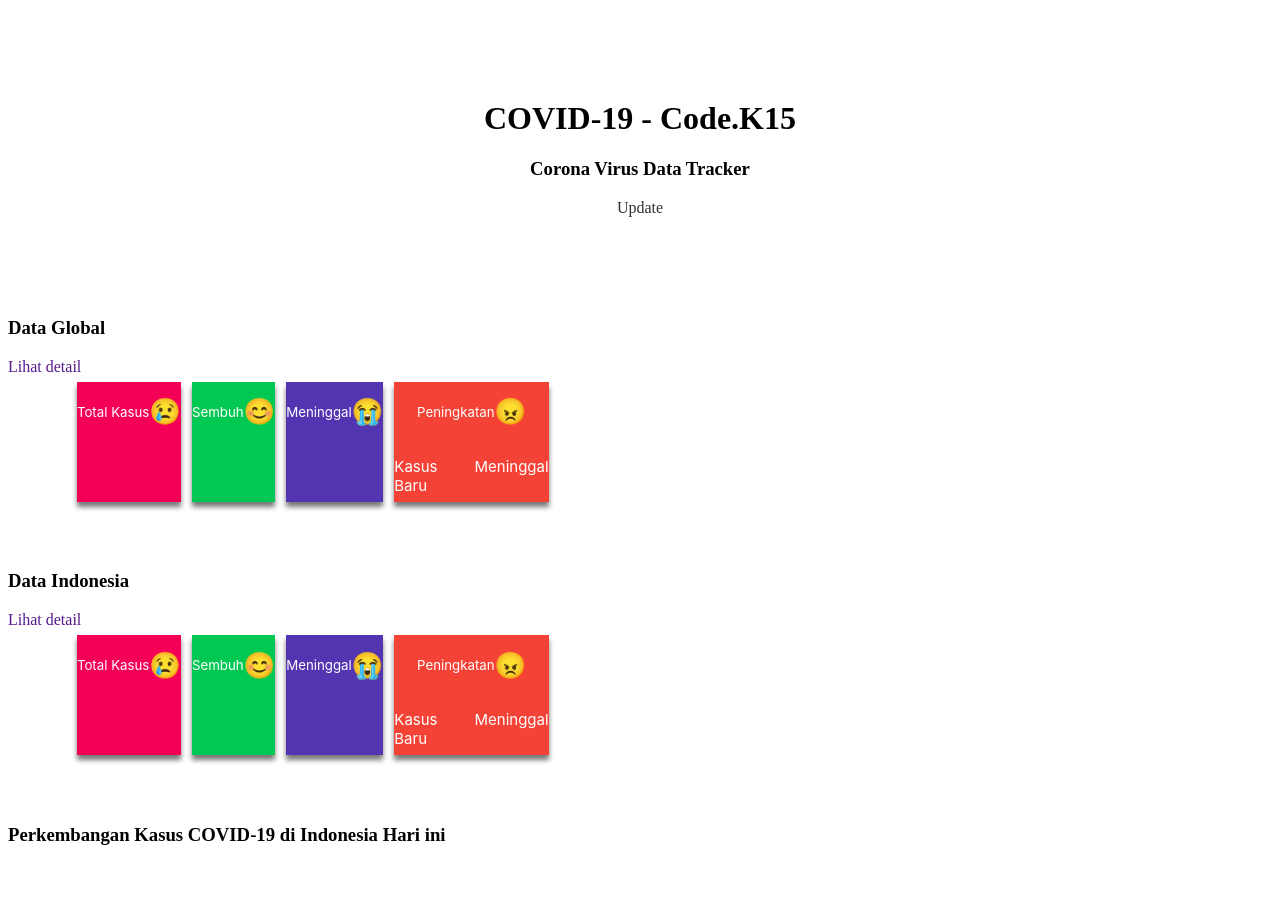
Repository: fathur15/covid19-monitoring
Page: http://localhost/covid19/apps/views/data/main/dashboard.php
The author's editor kept a copy of each file at every save. The page is drawn from the files as they stood at one save, then again after the next save.
The browser window is 1280 px wide. The pictures show the whole page.
The page is run by PHP 8.4 with error messages shown; the project is at /var/www/html/.

Above is the page before, as saved 2020-04-14 13:02:09.

After the next save:
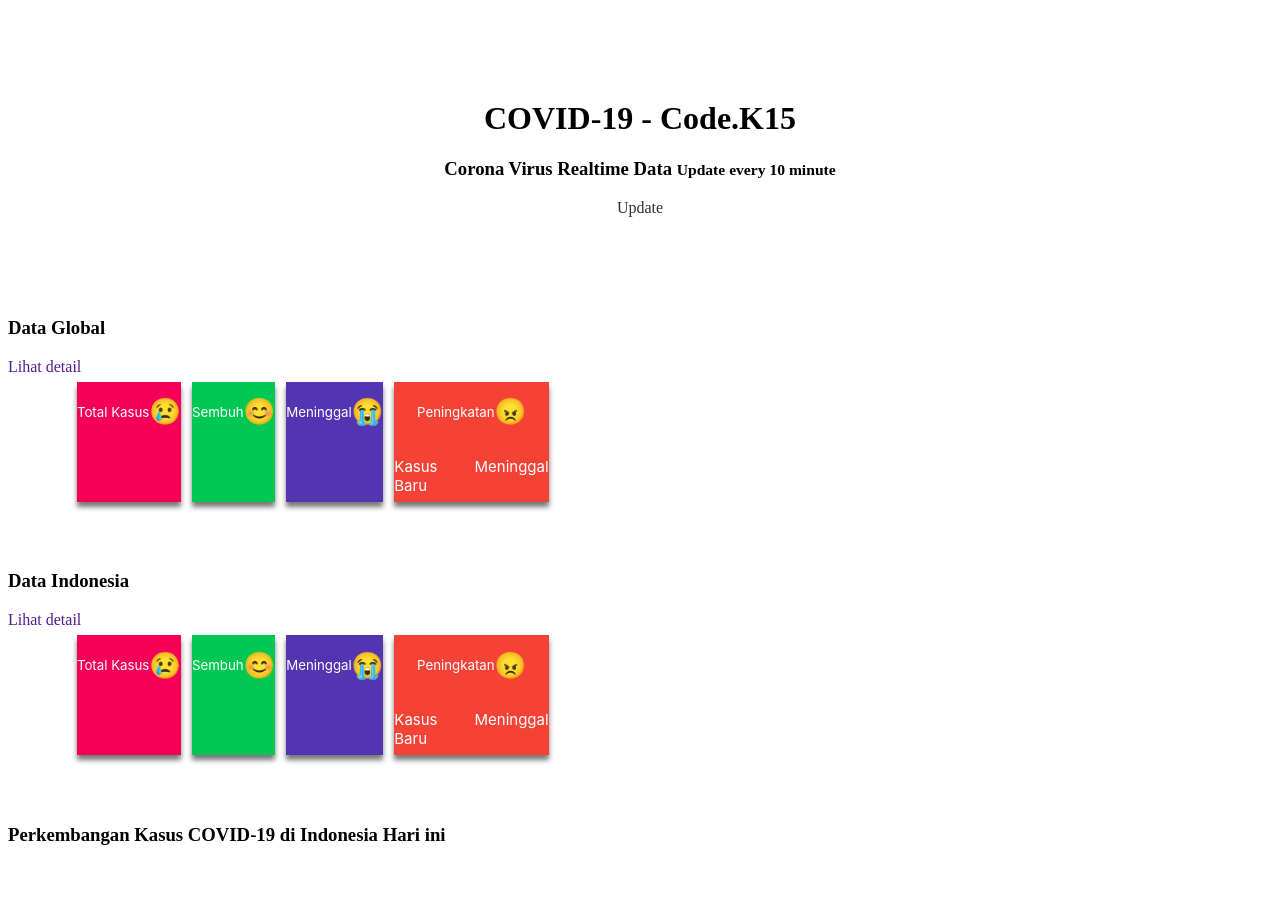
Saved 2 min 4 s later.
--- a/apps/views/data/main/dashboard.php
+++ b/apps/views/data/main/dashboard.php
@@ -34,7 +34,7 @@
 <div class="content">
     <div class="heading" style="margin: 100px 30%; text-align: center">
         <h1>COVID-19 - Code.K15</h1>
-        <h3>Corona Virus Data Tracker</h3>
+        <h3>Corona Virus Realtime Data <small>Update every 10 minute</small></h3>
         <p id="date-update" style="color: #353030;">Update</p>
     </div>
     <div class="main">
